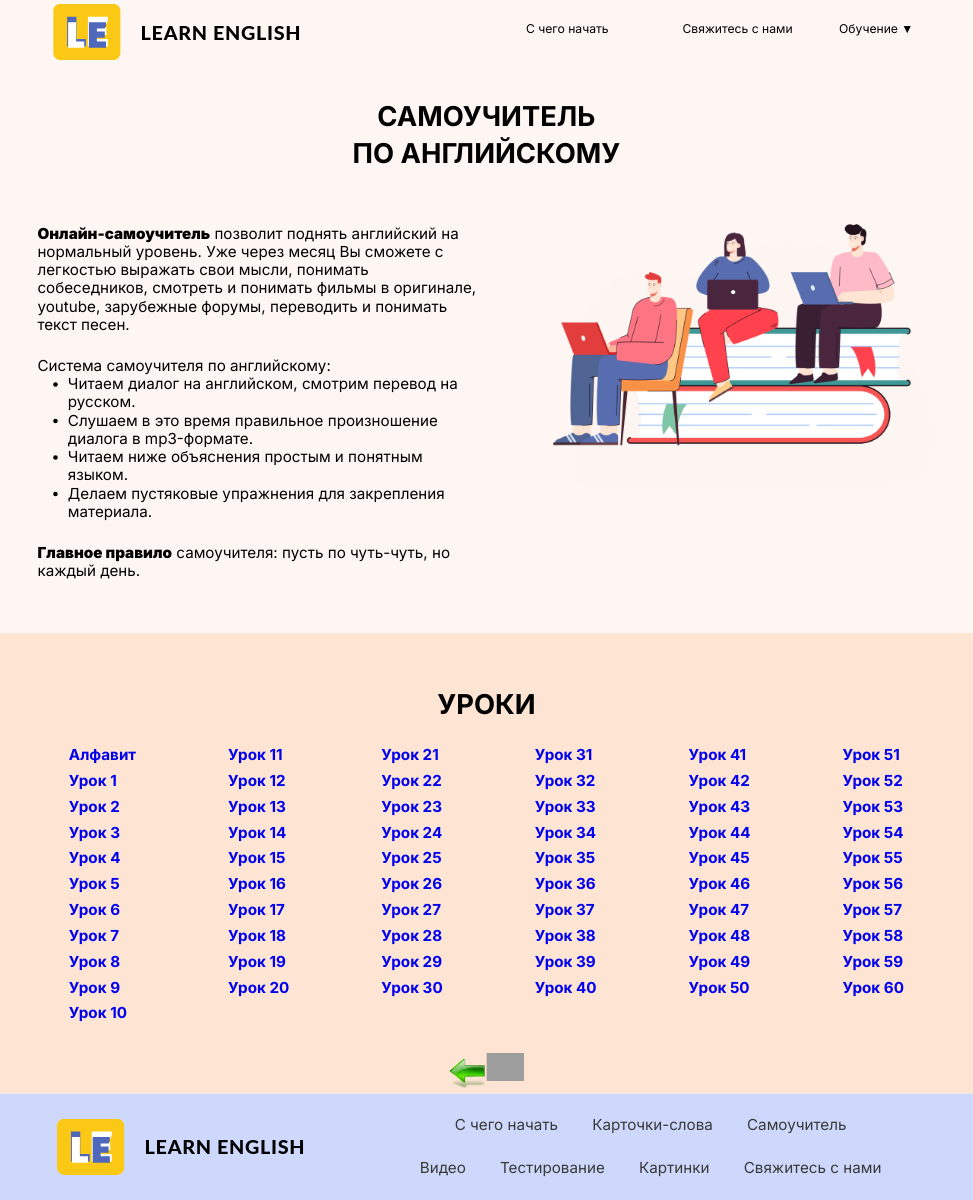
Repository: WladimirVA/Diplom
Page: scool/lesson.html
An editor plug-in stored every save of this project. The page is shown before and after the next save, followed by the edit.
The browser window is 1280 px wide. The pictures show the whole page, at 76% of full size.
Pictures or frames that could not be fetched are drawn as grey boxes.

Above is the page before, as saved 2023-07-19 17:50:38.

After the next save:
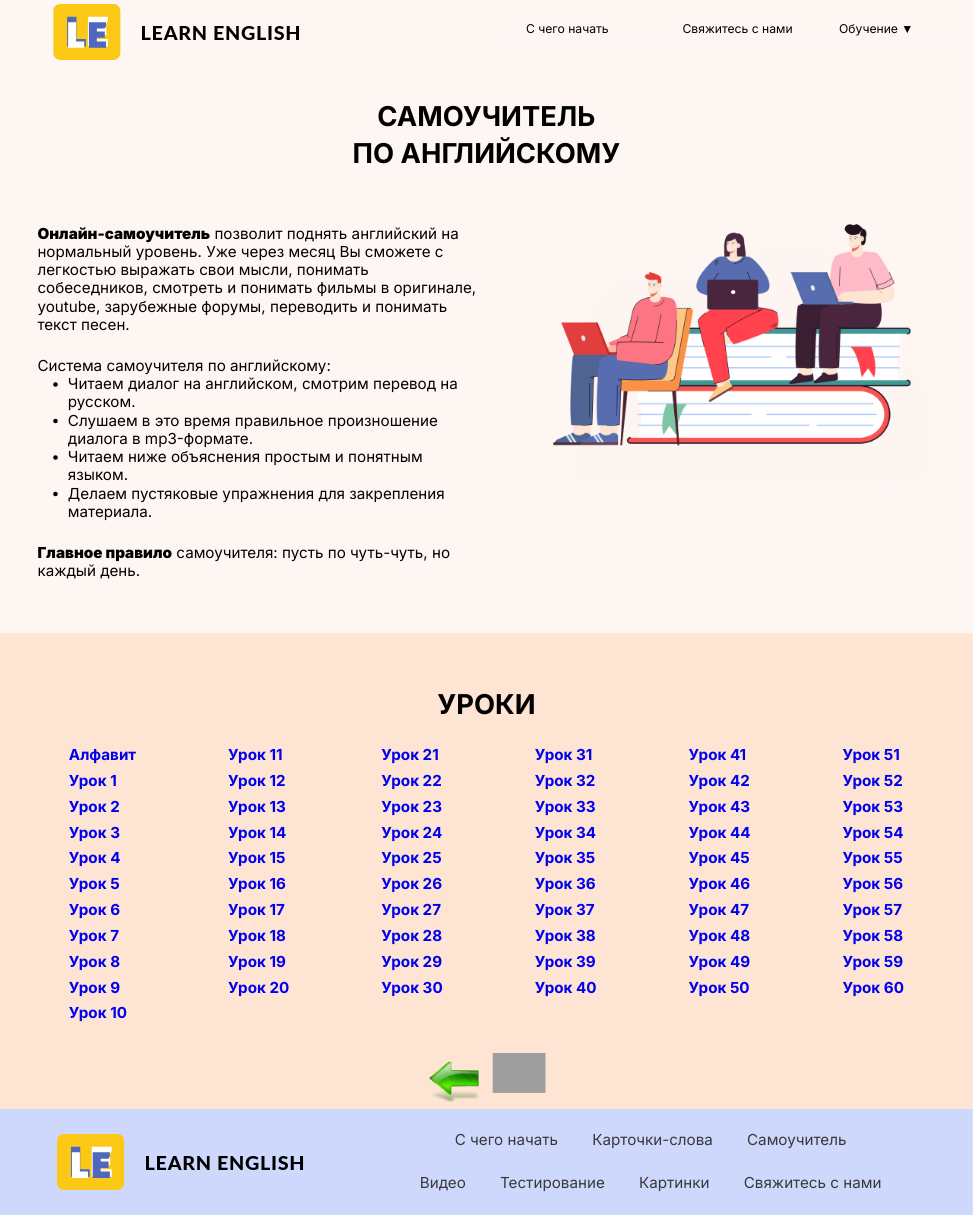
Saved 109 s later.
--- a/scool/css/lesson.css
+++ b/scool/css/lesson.css
@@ -132,6 +132,9 @@
 }
 
 .button111 img {
-    width: 50px;
+    width: 70px;
+}
 
+.next {
+    margin-left: 15px;
 }
